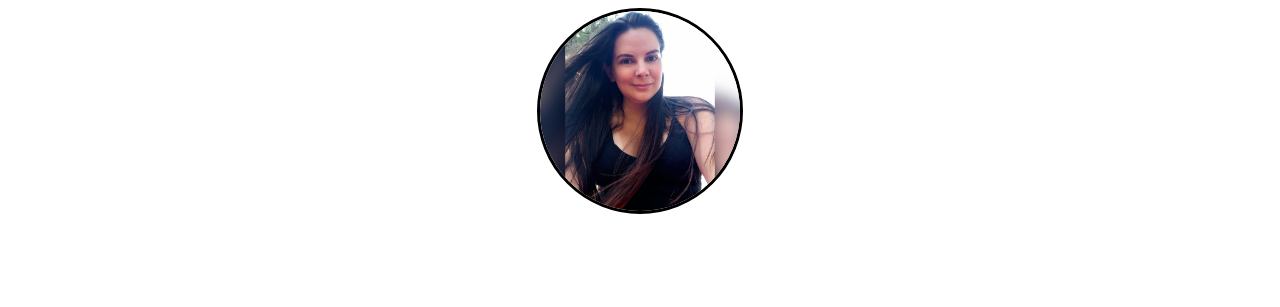
Repository: AnaBerlanda/AppAcademia
Page: index.html
An editor plug-in stored every save of this project. The page is shown before and after the next save, followed by the edit.
The browser window is 1280 px wide. The pictures show the whole page.

Above is the page before, as saved 2022-02-03 14:06:37.

After the next save:
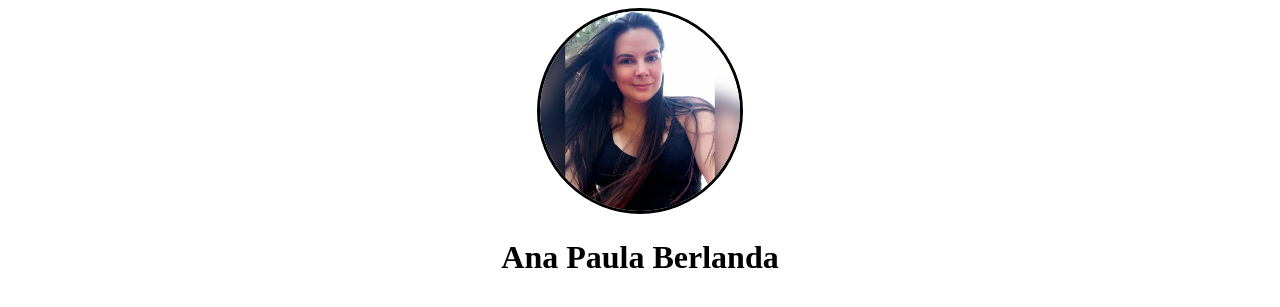
Saved 2 min 22 s later.
--- a/index.html
+++ b/index.html
@@ -23,7 +23,7 @@
 </head>
 <body>
     <img id="redonda" src="img/ana.jpg" alt="Foto da Ana">
-    <title> Ana Paula Berlanda </title>
+    <h1> Ana Paula Berlanda </h1>
 
 
 
